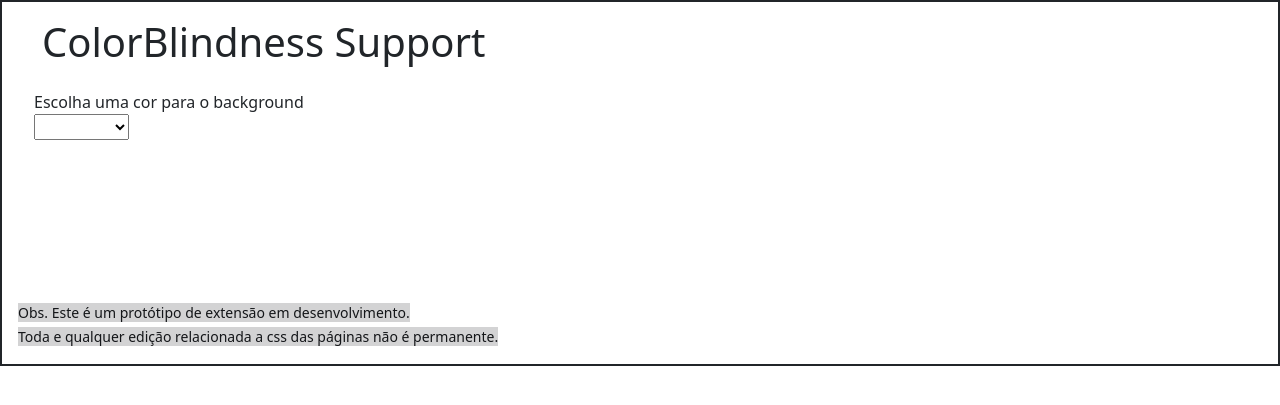
Repository: pedrosiqueira/daltonchrome
Page: popup.html
These files come from the project's save history. The page is drawn as it stood at one moment and after the next save; the edit follows.
The browser window is 1280 px wide. The pictures show the whole page.

Above is the page before, as saved 2022-06-17 13:15:20.

After the next save:
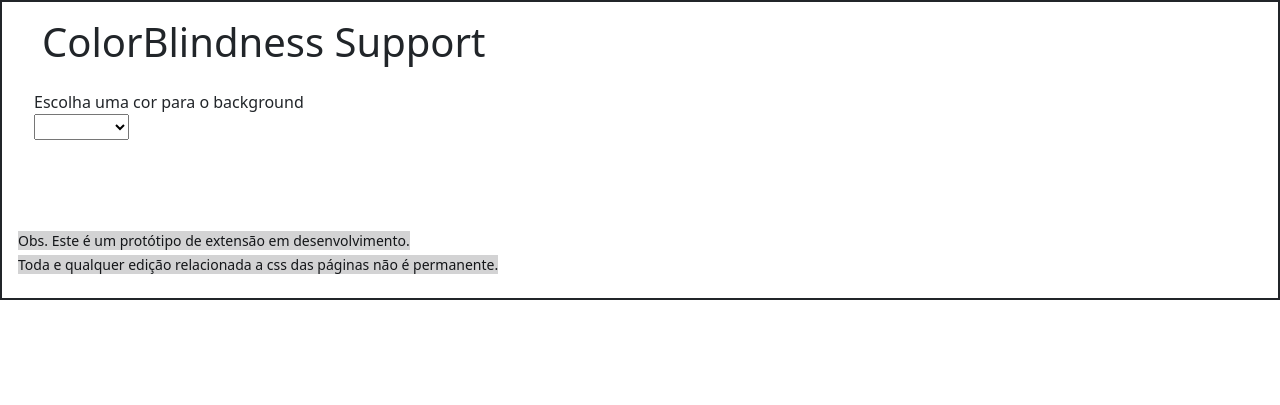
Saved 10 s later.
--- a/popup.html
+++ b/popup.html
@@ -31,7 +31,7 @@
             <option value="blue">Azul</option>
         </select>
     </div>
-    <br> <br><br><br><br><br>
+    <br> <br><br>
     <alert id="alert" class="alert-dark form-text">Obs. Este é um protótipo de extensão em desenvolvimento.<br>
     Toda e qualquer edição relacionada a css das páginas não é permanente.
     </alert>
